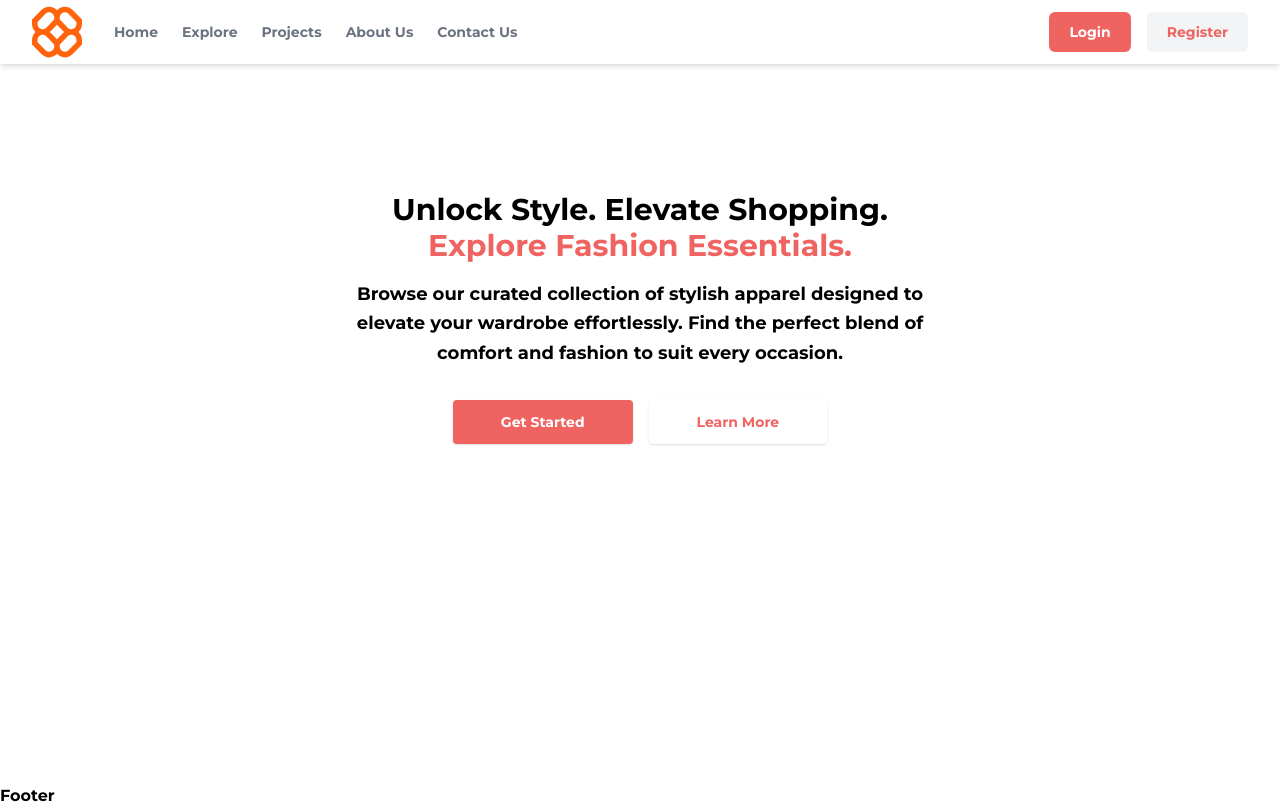
Repository: YahiaSala7/E-commerce-Project
Page: / (app in ecommerce/)
The author's editor kept a copy of each file at every save. The page is drawn from the files as they stood at one save, then again after the next save.
The browser window is 1280 px wide. The pictures show the whole page.
The project was rebuilt for these pictures with package versions that can differ from the ones it lists, and the page was loaded fresh each time. The framework's server and built-in components were replaced by stand-ins that run in the browser. Also part of the build but not shown: ecommerce/next.config.mjs.

Above is the page before, as saved 2024-07-25 20:33:05.

### ecommerce/app/layout.js
import { Montserrat } from "next/font/google";
import "./globals.css";
import Header from "./_Components/Header";
import Footer from "./_Components/Footer";

const inter = Montserrat({ subsets: ["latin"], weight: "700" });

export const metadata = {
  title: "Create Next App",
  description: "Generated by create next app",
};

export default function RootLayout({ children }) {
  return (
    <html lang="en">
      <body className={inter.className}>
        <Header />
        {children}
        <Footer />
      </body>
    </html>
  );
}

### ecommerce/app/page.js
import Image from "next/image";
import Hero from "./_Components/Hero";

export default function Home() {
  return (
    <div className="home">
      <Hero />
    </div>
  );
}

### ecommerce/app/globals.css
@tailwind base;
@tailwind components;
@tailwind utilities;

:root {
  /* --foreground-rgb: 0, 0, 0; */
  /* --background-start-rgb: 214, 219, 220;
  --background-end-rgb: 255, 255, 255; */
}

@media (prefers-color-scheme: dark) {
  :root {
    /* --foreground-rgb: 0, 0, 0; */
    /* --background-start-rgb: 0, 0, 0;
    --background-end-rgb: 0, 0, 0; */
  }
}

body {
  color: rgb(var(--foreground-rgb));
  background: linear-gradient(
      to bottom,
      transparent,
      rgb(var(--background-end-rgb))
    )
    rgb(var(--background-start-rgb));
}

@layer utilities {
  .text-balance {
    text-wrap: balance;
  }
}

### ecommerce/app/_Components/Header.jsx
import React from "react";

function Header() {
  return (
    <header className="bg-white shadow-md">
      <div className="mx-auto flex h-16 max-w-screen-xl items-center gap-8 px-4 sm:px-6 lg:px-8 ">
        <img src="/logo.svg" width={"50px"} height={"50px"} />

        <div className="flex flex-1 items-center justify-end md:justify-between">
          <nav aria-label="Global" className="hidden md:block">
            <ul className="flex items-center gap-6 text-sm">
              <li>
                <a
                  className="text-gray-500 transition hover:text-gray-500/75"
                  href="#">
                  {" "}
                  Home{" "}
                </a>
              </li>

              <li>
                <a
                  className="text-gray-500 transition hover:text-gray-500/75"
                  href="#">
                  {" "}
                  Explore{" "}
                </a>
              </li>

              <li>
                <a
                  className="text-gray-500 transition hover:text-gray-500/75"
                  href="#">
                  {" "}
                  Projects{" "}
                </a>
              </li>

              <li>
                <a
                  className="text-gray-500 transition hover:text-gray-500/75"
                  href="#">
                  {" "}
                  About Us{" "}
                </a>
              </li>

              <li>
                <a
                  className="text-gray-500 transition hover:text-gray-500/75"
                  href="#">
                  {" "}
                  Contact Us{" "}
                </a>
              </li>
            </ul>
          </nav>

          <div className="flex items-center gap-4">
            <div className="sm:flex sm:gap-4">
              <a
                className="block rounded-md bg-primary px-5 py-2.5 text-sm font-medium text-white transition hover:bg-secondary "
                href="#">
                Login
              </a>

              <a
                className="hidden rounded-md bg-gray-100 px-5 py-2.5 text-sm font-medium text-primary transition hover:text-secondary sm:block"
                href="#">
                Register
              </a>
            </div>

            <button className="block rounded bg-gray-100 p-2.5 text-gray-600 transition hover:text-gray-600/75 md:hidden">
              <span className="sr-only">Toggle menu</span>
              <svg
                xmlns="http://www.w3.org/2000/svg"
                className="h-5 w-5"
                fill="none"
                viewBox="0 0 24 24"
                stroke="currentColor"
                strokeWidth="2">
                <path
                  strokeLinecap="round"
                  strokeLinejoin="round"
                  d="M4 6h16M4 12h16M4 18h16"
                />
              </svg>
            </button>
          </div>
        </div>
      </div>
    </header>
  );
}

export default Header;

### ecommerce/app/_Components/Hero.jsx
import React from "react";

function Hero() {
  return (
    <section className="">
      <div className="mx-auto max-w-screen-xl px-4 py-32 lg:flex lg:h-screen">
        <div className="mx-auto max-w-xl text-center">
          <h1 className="text-2xl font-extrabold sm:text-3xl ">
            Unlock Style. Elevate Shopping.
            <strong className="font-extrabold text-primary sm:block">
              {" "}
              Explore Fashion Essentials.{" "}
            </strong>
          </h1>

          <p className="mt-4 sm:text-[18px]/relaxed">
            Browse our curated collection of stylish apparel designed to elevate
            your wardrobe effortlessly. Find the perfect blend of comfort and
            fashion to suit every occasion.
          </p>

          <div className="mt-8 flex flex-wrap justify-center gap-4">
            <a
              className="block w-full rounded bg-primary px-12 py-3 text-sm font-medium text-white shadow hover:bg-secondary focus:outline-none focus:ring active:bg-red-500 sm:w-auto"
              href="#">
              Get Started
            </a>

            <a
              className="block w-full rounded px-12 py-3 text-sm font-medium text-primary shadow hover:text-secondary focus:outline-none focus:ring active:text-red-500 sm:w-auto"
              href="#">
              Learn More
            </a>
          </div>
        </div>
      </div>
    </section>
  );
}

export default Hero;

### ecommerce/tailwind.config.js
/** @type {import('tailwindcss').Config} */
module.exports = {
  content: [
    "./pages/**/*.{js,ts,jsx,tsx,mdx}",
    "./components/**/*.{js,ts,jsx,tsx,mdx}",
    "./app/**/*.{js,ts,jsx,tsx,mdx}",
  ],
  theme: {
    extend: {
      backgroundImage: {
        "gradient-radial": "radial-gradient(var(--tw-gradient-stops))",
        "gradient-conic":
          "conic-gradient(from 180deg at 50% 50%, var(--tw-gradient-stops))",
      },
      colors: {
        primary: "#EF6461",
        secondary: " #B83D3A",
      },
    },
  },
  plugins: [],
};

### ecommerce/app/_Components/ProductsSection.jsx
import React from "react";
import LatestProducts from "./LatestProducts";

function ProductsSection() {
  return (
    <>
      <LatestProducts />
      <div>ProductsSection</div>
    </>
  );
}

export default ProductsSection;

### ecommerce/app/_Components/LatestProducts.jsx
import React from "react";

function LatestProducts() {
  return <div>LatestProducts</div>;
}

export default LatestProducts;

Loaded but not shown: ecommerce/app/_Components/Footer.jsx (common file)

After the next save:
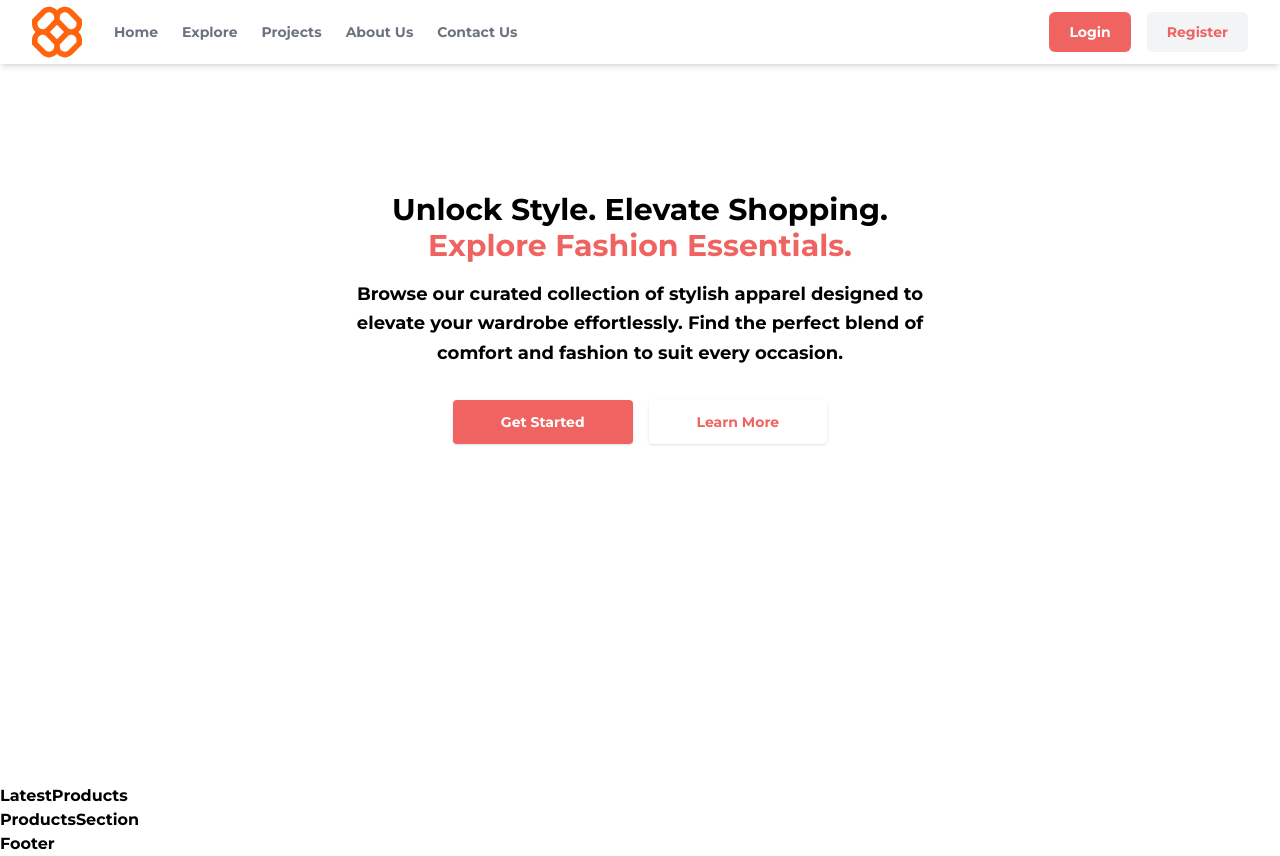
Saved 48 s later.
--- a/ecommerce/app/page.js
+++ b/ecommerce/app/page.js
@@ -1,10 +1,12 @@
 import Image from "next/image";
 import Hero from "./_Components/Hero";
+import ProductsSection from "./_Components/ProductsSection";
 
 export default function Home() {
   return (
     <div className="home">
       <Hero />
+      <ProductsSection />
     </div>
   );
 }
